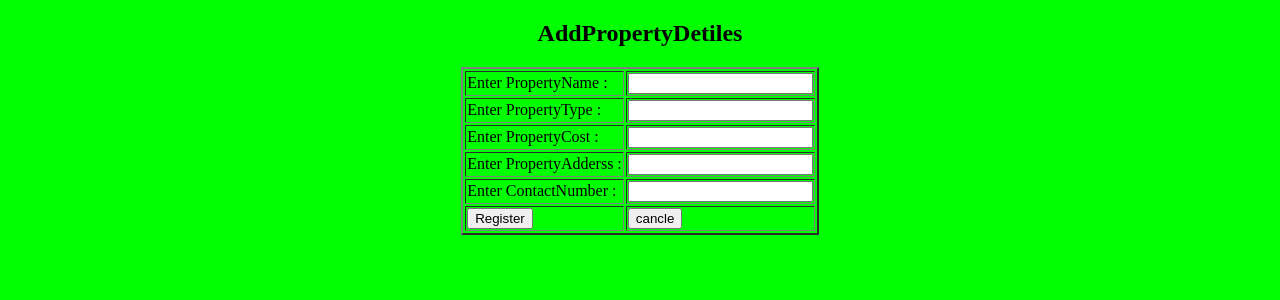
Repository: khadri2021/A2023_Task_Property_Management
Page: http://localhost/AdderssMakersWeb/Add.jsp
These files come from the project's save history. The page is drawn as it stood at one moment and after the next save; the edit follows.
The browser window is 1280 px wide. The pictures show the whole page.
The page is served by Tomcat 9. Other server files are loaded and not shown.

Above is the page before, as saved 2024-02-11 11:24:19.

### AdderssMakersWeb/WebContent/Add.jsp
<%@ page language="java" contentType="text/html; charset=ISO-8859-1"
    pageEncoding="ISO-8859-1"%>
<!DOCTYPE html>
<html>
<head>
<meta charset="ISO-8859-1">
<title>ADD PropertyDetiles</title>
</head>
<body bgcolor ="#00FF00">
<dev align=center>
 <h2>AddPropertyDetiles</h2>
 </dev>
 <center>
<table border="2">
<tr>
<td>Enter PropertyName :</td>
<td><input type="text" name="ProName"></td>
</tr>
<tr>
<td>Enter PropertyType :</td>
<td><input type="text" name="ProType"></td>
</tr>
<tr>
<td>Enter PropertyCost :</td>
<td><input type="text" name="ProCost"></td>
</tr>
<tr>
<td>Enter PropertyAdderss :</td>
<td><input type="text" name="ProAdd"></td>
</tr>
<tr>
<td>Enter ContactNumber :</td>
<td><input type="number" name="con"></td>
</tr>
<tr><td> <input type="button" value="Register"></td><td> <input type="button" value="cancle"></td></tr>


</table>
</center>
</body>
</html>

After the next save:
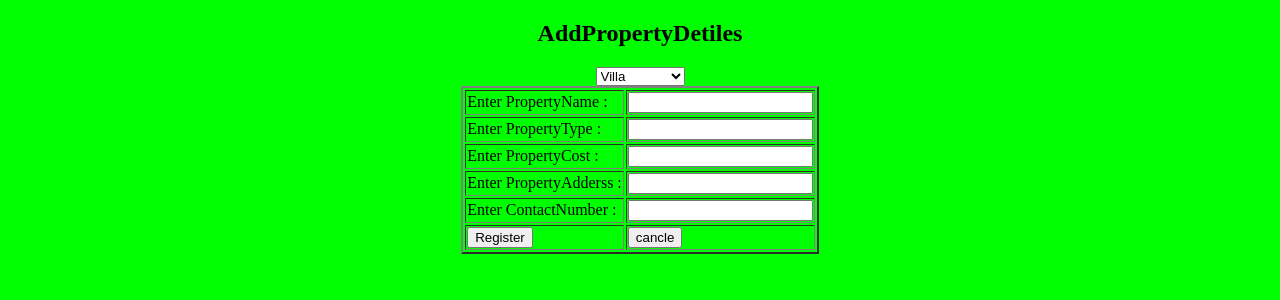
Saved 6 min 15 s later.
--- a/AdderssMakersWeb/WebContent/Add.jsp
+++ b/AdderssMakersWeb/WebContent/Add.jsp
@@ -15,6 +15,17 @@
 <tr>
 <td>Enter PropertyName :</td>
 <td><input type="text" name="ProName"></td>
+<select name="Types">
+<option value="Villa">Villa
+<option value="Gesthouse">GestHouse
+<option value="Villa">Villa
+<option value="Villa">Villa
+<option value="House">House
+
+
+
+
+</select>
 </tr>
 <tr>
 <td>Enter PropertyType :</td>
